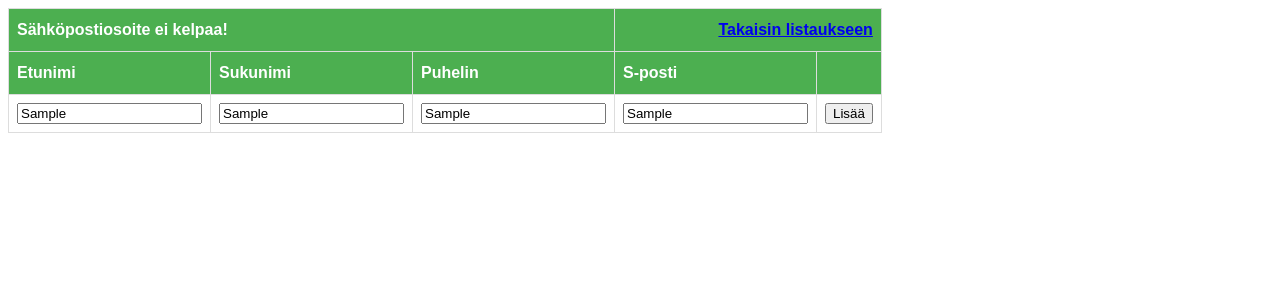
Repository: Lateh13/Asiakkaat
Page: http://localhost/Asiakkaat/lisaaasiakas.jsp
An editor plug-in stored every save of this project. The page is shown before and after the next save, followed by the edit.
The browser window is 1280 px wide. The pictures show the whole page.
Empty fields were first filled with sample values (such as "Sample", 5 or name@example.com).
After loading, the first visible `#tallenna` was clicked once.
The page is served by Tomcat 9. Other server files are loaded and not shown.

Above is the page before, as saved 2020-05-16 20:30:52.

### Asiakkaat/WebContent/lisaaasiakas.jsp
<%@ page language="java" contentType="text/html; charset=ISO-8859-1"
    pageEncoding="ISO-8859-1"%>
<!DOCTYPE html>
<html>
<head>
<meta charset="ISO-8859-1">
<script src="scripts/main.js"></script>
<link rel="stylesheet" type="text/css" href="css/main.css">
<title>Asiakkaan lisäys</title>
</head>
<body onkeydown = "etsi(event)">
<form id="tiedot">
	<table>
		<thead>
			<tr>
				<th colspan="3" id="ilmoitus">
				<th colspan="2" class="oikealle"><a href="listaaasiakkaat.jsp">Takaisin listaukseen</a></th>
			</tr>
			<tr>
				<th>Etunimi</th>
				<th>Sukunimi</th>
				<th>Puhelin</th>
				<th>S-posti</th>
				<th></th>
			</tr>
		</thead>
		<tbody>
			<tr>
				<td><input type="text" name="etunimi" id="etunimi"></td>
				<td><input type="text" name="sukunimi" id="sukunimi"></td>
				<td><input type="text" name="puhelin" id="puhelin"></td>
				<td><input type="text" name="sposti" id="sposti"></td>
				<td><input type="button" name="tallenna" id="tallenna" value="Lisää" onclick="lisaaAsiakas()"></td>
			</tr>
		</tbody>
	</table>
</form>
</body>
<script>
function etsi(event) {
	if(event.keyCode == 13) {
		lisaaAsiakas();
	}
}

function lisaaAsiakas() {
	validate();
}

function validate() {
	var ilmoitus = "";
	var etunimi = document.getElementById("etunimi").value;
	var sukunimi = document.getElementById("sukunimi").value;
	var puhelin = document.getElementById("puhelin").value;
	var sposti = document.getElementById("sposti").value;

	var etunimiREGX = /^[A-Z]{1}[a-z]{2,40}$/;
	var sukunimiREGX = /^[A-Z]{1}[a-z]{2,40}$/;
	var puhelinREGX = /^[0-9]{8,20}$/;
	var spostiREGX = /^[a-zA-Z0-9._-]+@[a-zA-Z0-9.-]+\.[a-zA-Z]{2,4}$/;

	var etunimiTulos = etunimiREGX.test(etunimi);
	var sukunimiTulos = sukunimiREGX.test(sukunimi);
	var puhelinTulos = puhelinREGX.test(puhelin);
	var spostiTulos = spostiREGX.test(sposti);

	if (etunimiTulos == false) {
		ilmoitus = "Etunimi ei kelpaa!";
	}
	if (sukunimiTulos == false) {
		ilmoitus = "Sukunimi ei kelpaa!";
	}
	if (puhelinTulos == false ) {
		ilmoitus = "Puhelinnumero ei kelpaa!";
	}
	if (spostiTulos == false) {
		ilmoitus = "Sähköpostiosoite ei kelpaa!";
	}
	if (ilmoitus != "") {
		document.getElementById("ilmoitus").innerHTML = ilmoitus;
		return;
	}
	return true;
}

function lisaaTiedot() {
	var formJsonStr = formDataJsonStr($("#tiedot").serializeArray());
	$.ajax({url:"asiakkaat", data:formJsonStr, type:"POST", dataType:"json", success:function(result) {
		if (result.response == 0) {
			$("#ilmoitus").html("Asiakkaan lisääminen epäonnistui");
		} else if (result.response == 1) {
			$("#ilmoitus").html("Asiakkaan lisääminen onnistui");
			$("#etunimi", "#sukunimi", "#puhelin", "#sposti").val("");
		}
	}});
}
</script>
</html>

### Asiakkaat/WebContent/css/main.css
@charset "ISO-8859-1";
table {
	border-collapse: collapse;
	width: 50%;
	font-family: Arial, Helvetica, sans-serif;
}

table td, table th {
  border: 1px solid #ddd;
  padding: 8px;
}

table tbody tr:nth-child(even){
	background-color: #f2f2f2;
}

table tbody tr:hover {
	background-color: #ddd;
}

table th {
  padding-top: 12px;
  padding-bottom: 12px;
  text-align: left;
  background-color: #4CAF50;
  color: white;
}

.oikealle{
	text-align: right;
}

#uusiAsiakas, #takaisin{
	color: white;
	cursor: pointer;
}

.poista{
	color: red;
	text-decoration: underline;
	cursor: pointer;
}

Loaded but not shown: Asiakkaat/WebContent/scripts/main.js (no copy from this time; the picture is the same without it)

After the next save:
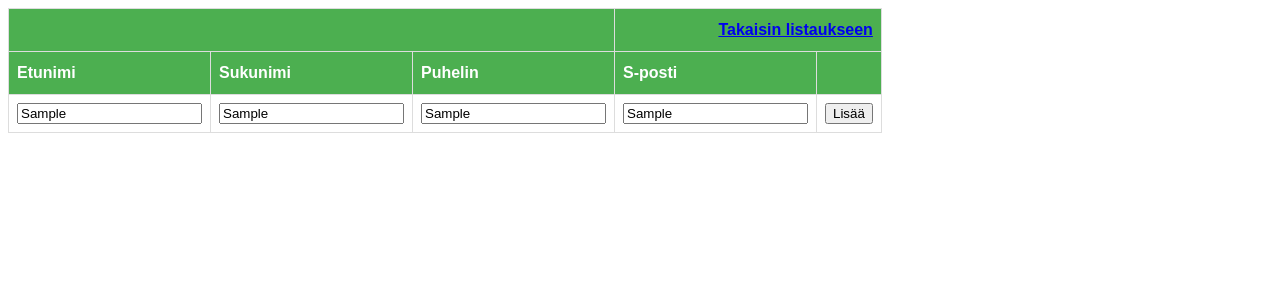
Console error: ReferenceError: v is not defined
Saved 13 min 37 s later.
--- a/Asiakkaat/WebContent/lisaaasiakas.jsp
+++ b/Asiakkaat/WebContent/lisaaasiakas.jsp
@@ -44,7 +44,7 @@
 }
 
 function lisaaAsiakas() {
-	validate();
+	v
 }
 
 function validate() {
@@ -75,6 +75,7 @@
 	}
 	if (spostiTulos == false) {
 		ilmoitus = "Sähköpostiosoite ei kelpaa!";
+		document.getElementById("sposti").style.backgroundColor = "red";
 	}
 	if (ilmoitus != "") {
 		document.getElementById("ilmoitus").innerHTML = ilmoitus;

After the save that followed:
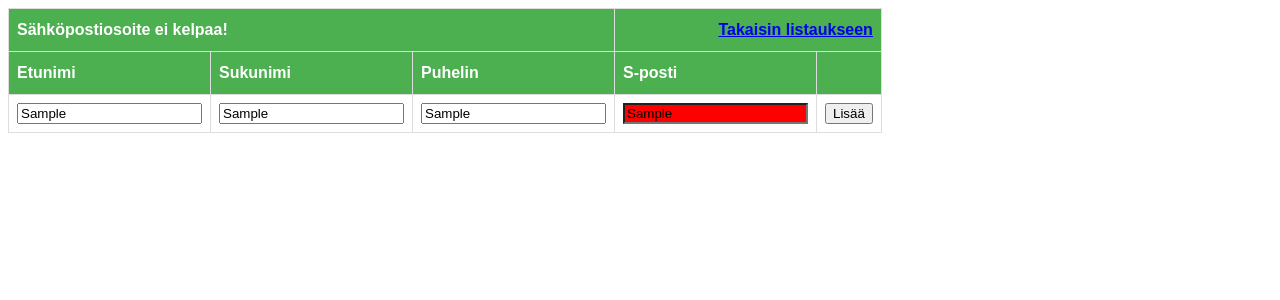
The error is gone.
Saved 60 s later.
--- a/Asiakkaat/WebContent/lisaaasiakas.jsp
+++ b/Asiakkaat/WebContent/lisaaasiakas.jsp
@@ -44,7 +44,7 @@
 }
 
 function lisaaAsiakas() {
-	v
+	validate();
 }
 
 function validate() {
